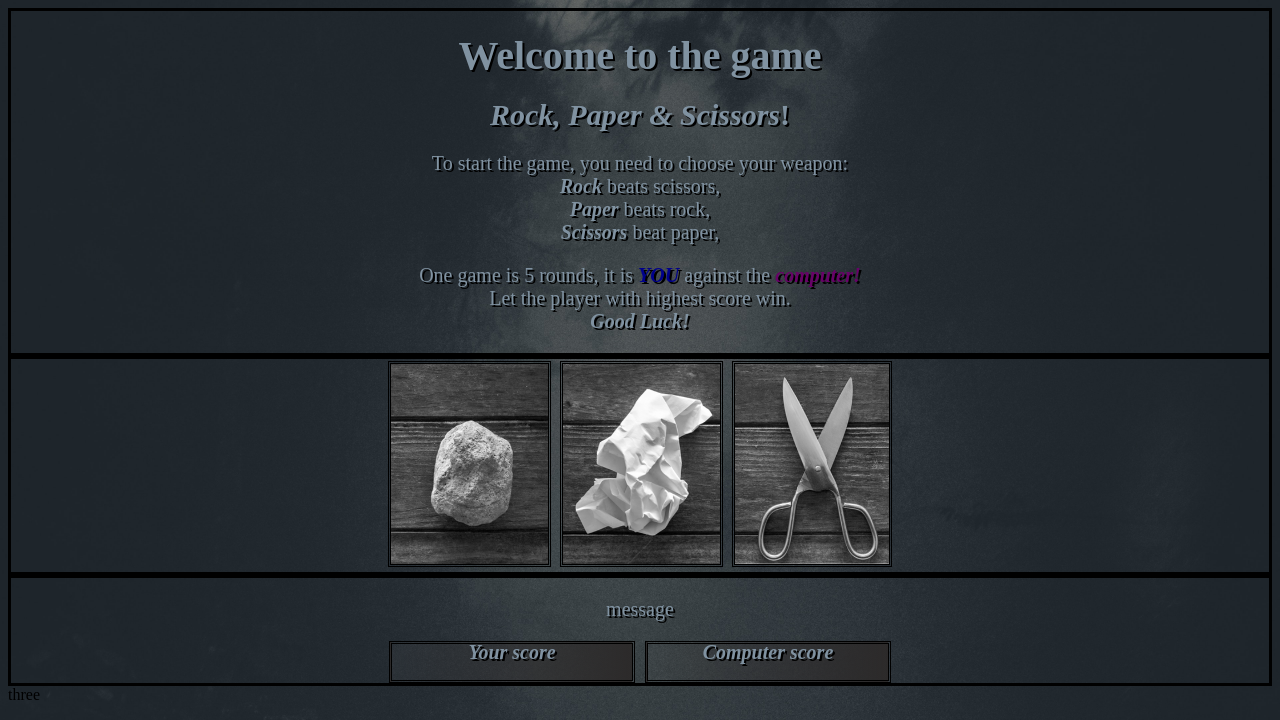
Repository: agneta1991/rock-paper-scissors
Page: Desktop/coding/index.html
These files come from the project's save history. The page is drawn as it stood at one moment and after the next save; the edit follows.
The browser window is 1280 px wide. The pictures show the whole page.

Above is the page before, as saved 2023-03-03 07:09:54.

After the next save:
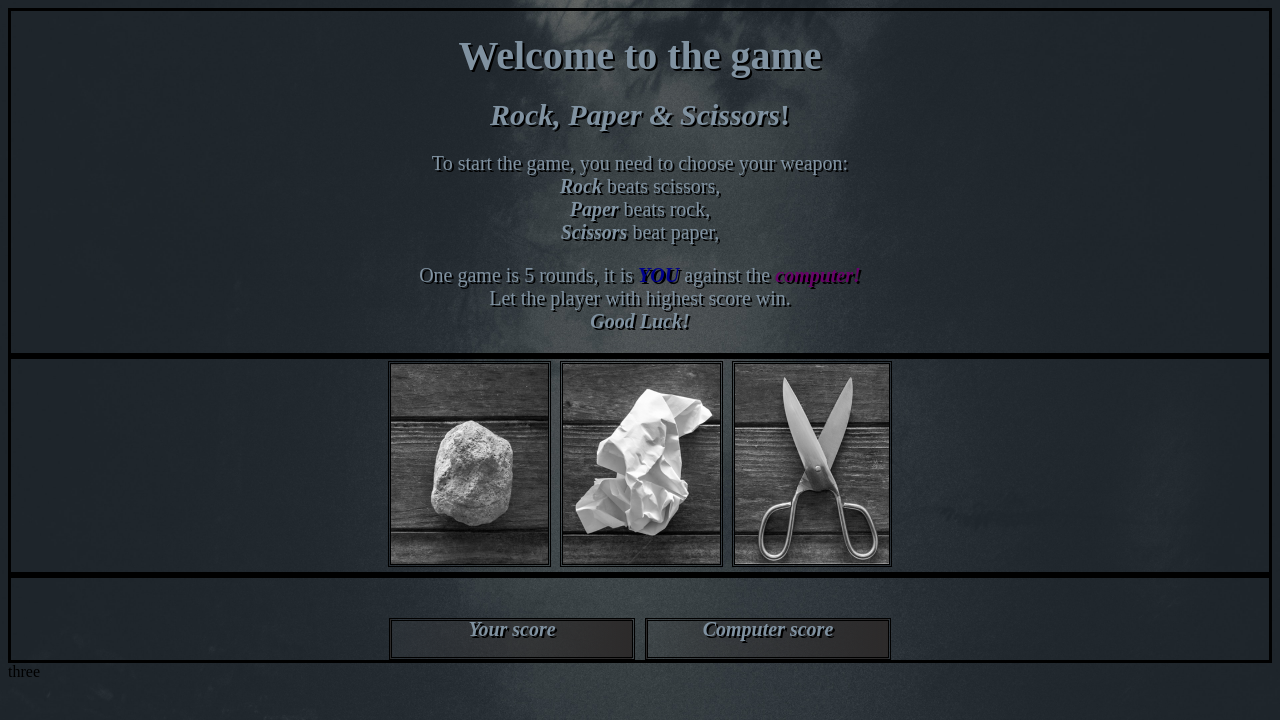
Saved 22 s later.
--- a/Desktop/coding/index.html
+++ b/Desktop/coding/index.html
@@ -28,7 +28,7 @@
         </div>
     </div>
     <div class="container3">
-        <div class="displayed">message</div>
+        <div class="displayed"></div>
         <div class="score">
             <div class="playerScore"><span>Your score<span></span>
             <p class="displayedPlayerScore"></p></div>
